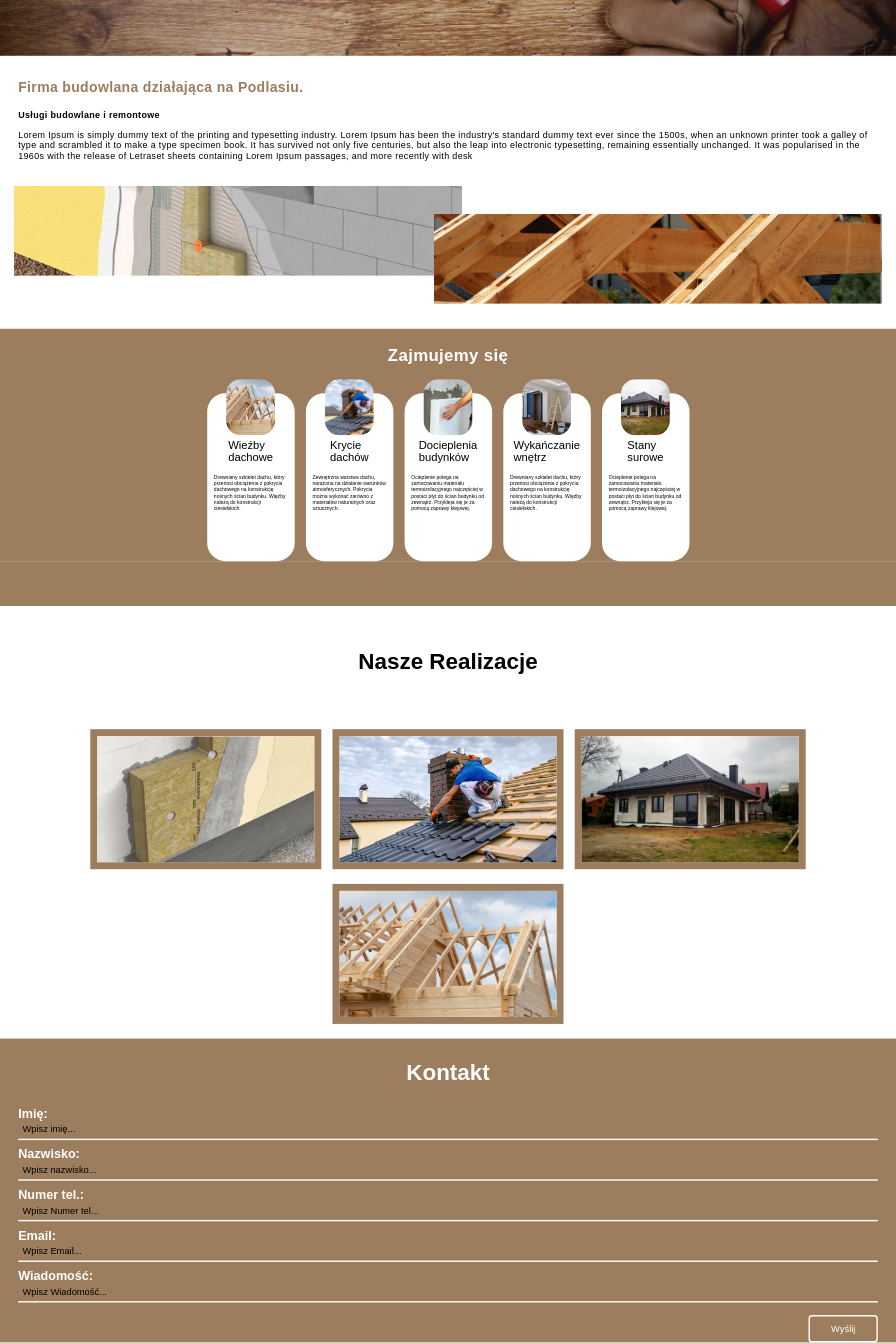
Repository: JakubPaszko2001/bel
Page: index.html
The author's editor kept a copy of each file at every save. The page is drawn from the files as they stood at one save, then again after the next save.
The browser window is 1280 px wide. The pictures show the part of the page from y = 754 to 2674 px (the page is 2672 px tall before and 2674 px after), at 70% of full size.
Some web fonts or font styles are not loaded; a fallback is used.

Above is the page before, as saved 2022-03-05 20:48:38.

After the next save:
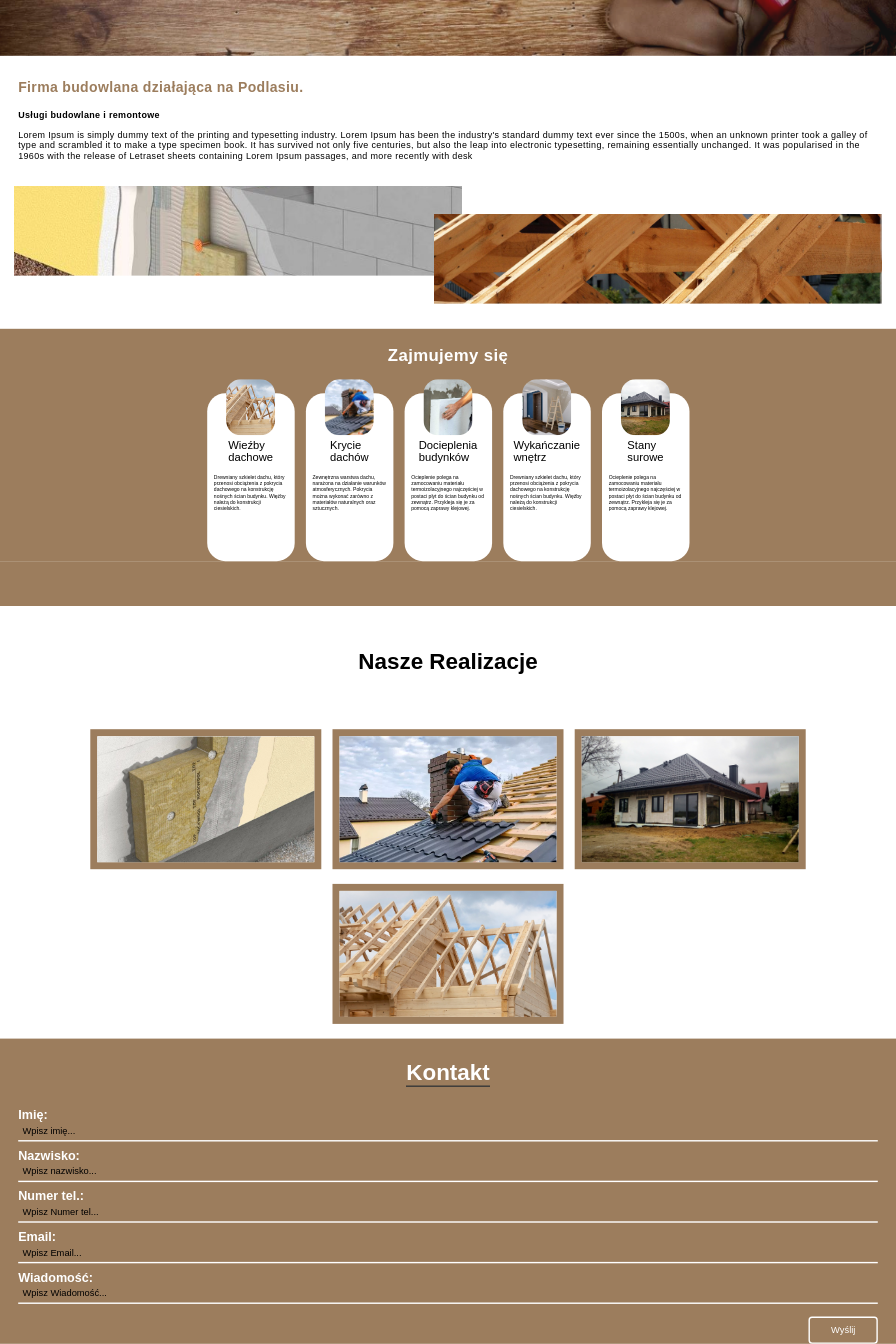
Saved 5 s later.
--- a/index.html
+++ b/index.html
@@ -131,7 +131,7 @@
     </div>
     <div class="contact">
         <div class="contact-title">
-            <h1 class="h1.contanct">Kontakt</h1>
+            <h1 class="h1-contanct">Kontakt</h1>
         </div>
         <div class="contact-text">
             <p class="contact-text-title">Imię:</p><br>
